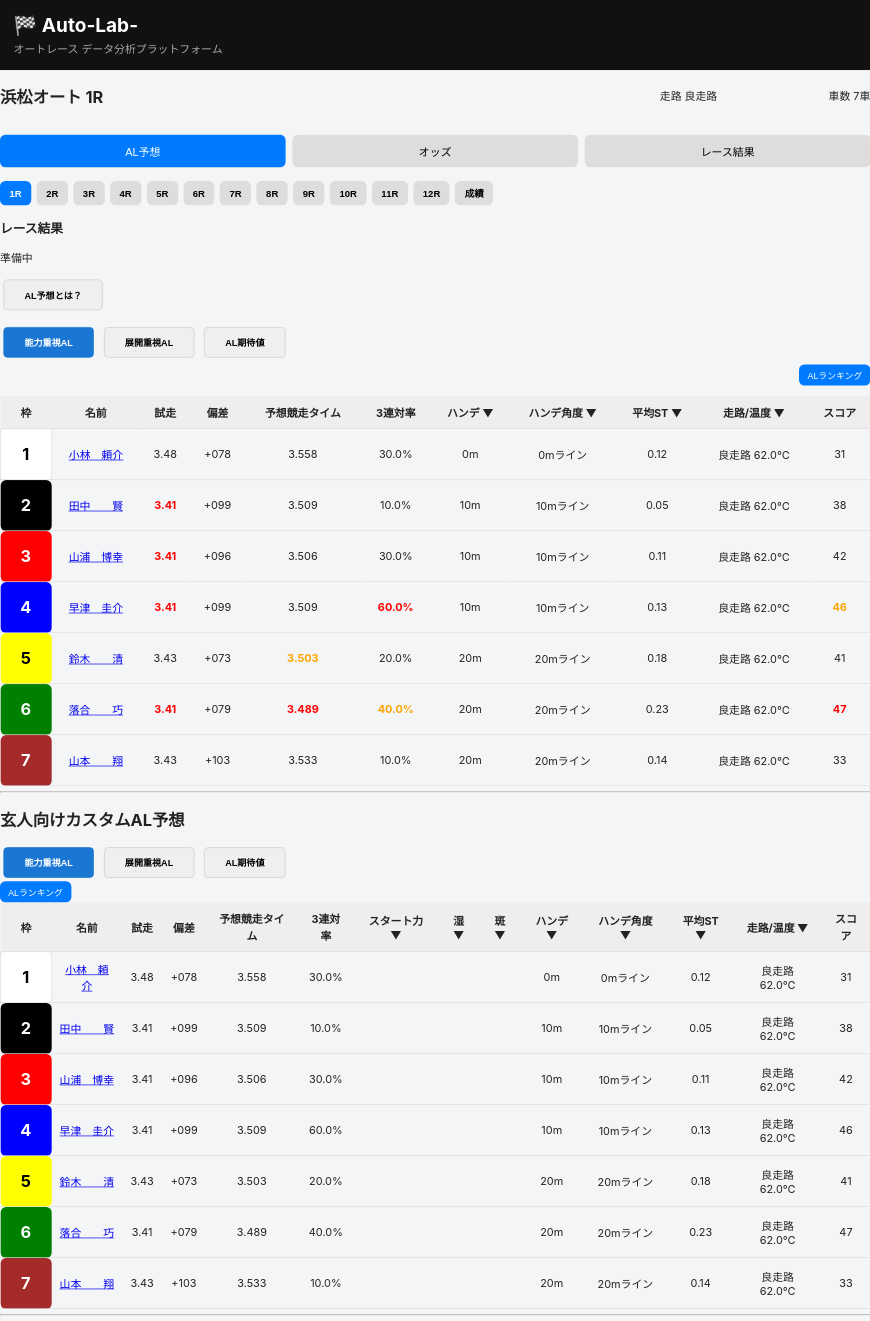
Repository: autorace-lab/Auto-Lab--main
Page: race.html
An editor plug-in stored every save of this project. The page is shown before and after the next save, followed by the edit.
The browser window is 1280 px wide. The pictures show the whole page, at 68% of full size.

Above is the page before, as saved 2026-08-10 22:02:01.

After the next save:
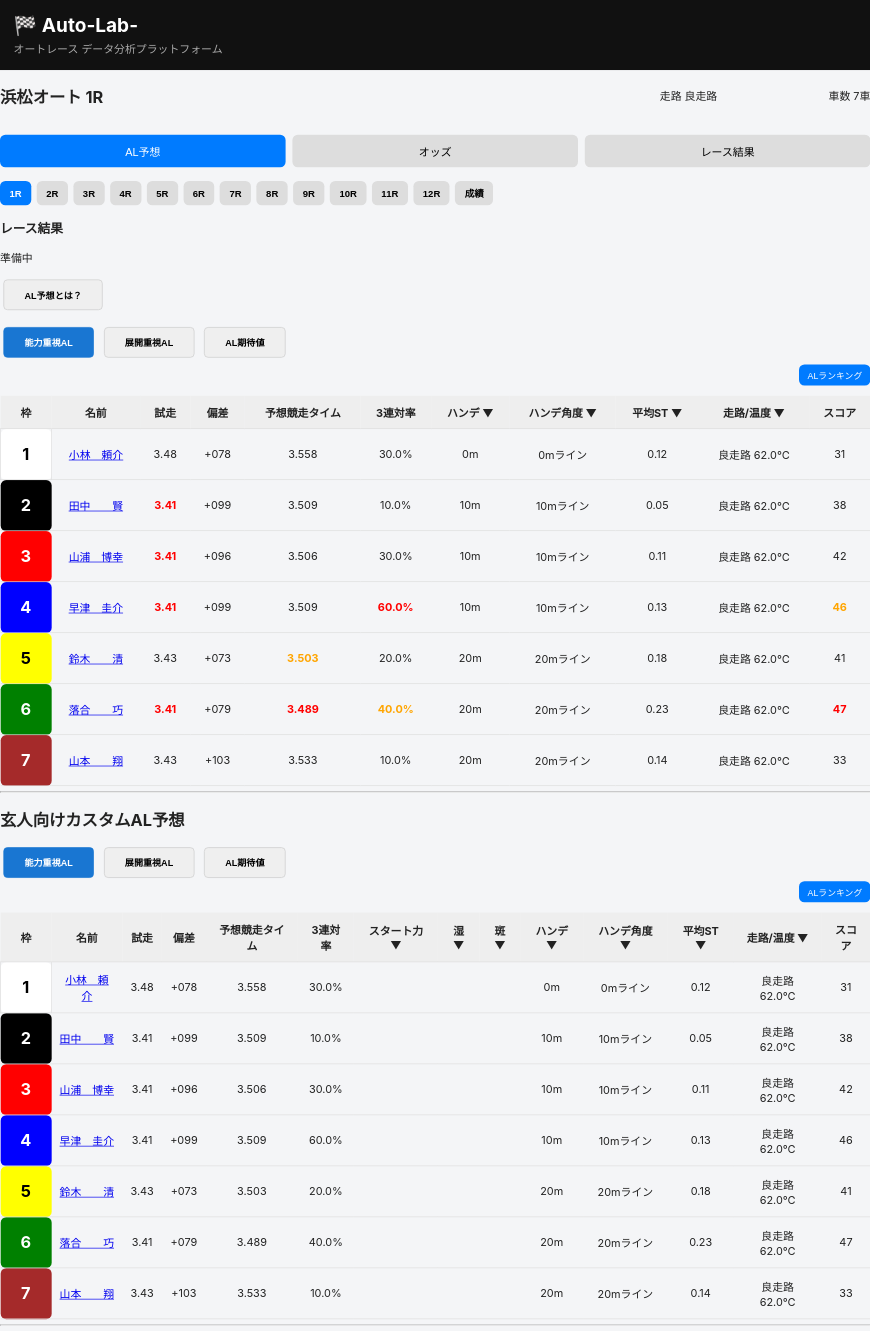
Saved 3 min 42 s later.
--- a/style.css
+++ b/style.css
@@ -469,3 +469,9 @@ cursor:pointer;
 .custom-select-cell {
     cursor: pointer;
 }
+
+.custom-al-page .rank-btn {
+    display: block;
+    margin-left: auto;
+    margin-bottom: 15px;
+}
